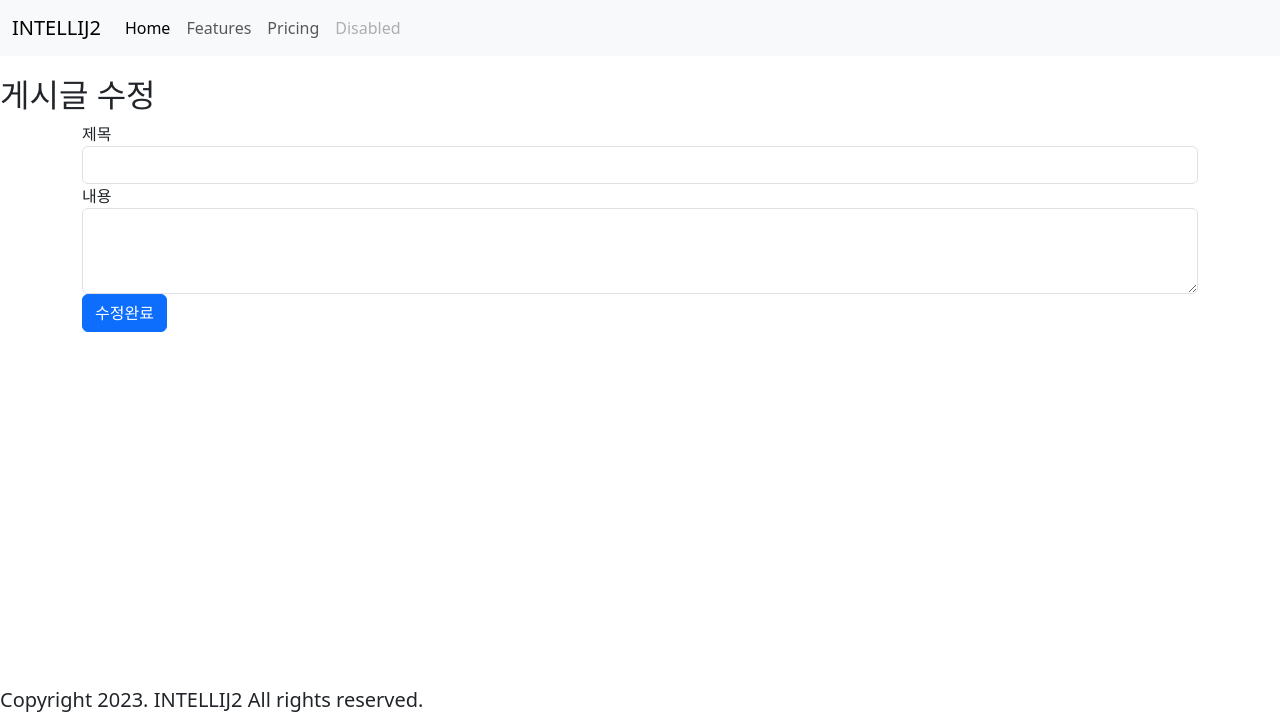
Repository: Jae-yi/JSPMybatis
Page: http://localhost/JspMybatisSub/WEB-INF/views/board/update.jsp
The author's editor kept a copy of each file at every save. The page is drawn from the files as they stood at one save, then again after the next save.
The browser window is 1280 px wide. The pictures show the whole page.
The page is served by Tomcat 9. Nobody is signed in. Other server files are loaded and not shown. The template is opened directly, without the code that normally fills it, so the values that code supplies are empty.

Above is the page before, as saved 2023-01-17 08:03:03.

### JspMybatisSub/src/main/webapp/WEB-INF/views/board/update.jsp
<%@ page language="java" contentType="text/html; charset=UTF-8"
	pageEncoding="UTF-8"%>
<%@ taglib prefix="c" uri="http://java.sun.com/jsp/jstl/core"%>
<!DOCTYPE html PUBLIC "-//W3C//DTD HTML 4.01 Transitional//EN" "http://www.w3.org/TR/html4/loose.dtd">
<%@ include file="../include/style.jsp"%>
<html>
<head>
<meta http-equiv="Content-Type" content="text/html; charset=UTF-8">
<title>Update page</title>
</head>
<body>
<jsp:include page="../include/header.jsp"></jsp:include>
	<h2>게시글 수정</h2>

	<div class="container">
		<form action="/updateProc" method="post">
			<div class="form-group">
				<label for="subject">제목</label> <input type="text"
					class="form-control" id="subject" name="subject"
					value="${detail.subject}">
			</div>
			<div class="form-group">
				<label for="content">내용</label>
				<textarea class="form-control" id="content" name="content" rows="3">${detail.content}</textarea>
			</div>
			<input type="hidden" name="bno" value="${bno}" />
			<button type="submit" class="btn btn-primary">수정완료</button>
		</form>
	</div>
	<jsp:include page="../include/footer.jsp"></jsp:include>
</body>
</html>

### JspMybatisSub/src/main/webapp/WEB-INF/views/include/style.jsp
<%@ page language="java" contentType="text/html; charset=UTF-8"
	pageEncoding="UTF-8"%>
<head>
<meta charset="UTF-8">
<title>INTELLIJ2's PROJECT</title>

<!-- Bootstrap : CSS only -->
<link
	href="https://cdn.jsdelivr.net/npm/bootstrap@5.3.0-alpha1/dist/css/bootstrap.min.css"
	rel="stylesheet"
	integrity="sha384-GLhlTQ8iRABdZLl6O3oVMWSktQOp6b7In1Zl3/Jr59b6EGGoI1aFkw7cmDA6j6gD"
	crossorigin="anonymous">
<script
	src="https://cdn.jsdelivr.net/npm/bootstrap@5.3.0-alpha1/dist/js/bootstrap.bundle.min.js"
	integrity="sha384-w76AqPfDkMBDXo30jS1Sgez6pr3x5MlQ1ZAGC+nuZB+EYdgRZgiwxhTBTkF7CXvN"
	crossorigin="anonymous"></script>

<!-- Bootstrap : JavaScript Bundle with Popper -->
<script
	src="https://cdn.jsdelivr.net/npm/@popperjs/core@2.11.6/dist/umd/popper.min.js"
	integrity="sha384-oBqDVmMz9ATKxIep9tiCxS/Z9fNfEXiDAYTujMAeBAsjFuCZSmKbSSUnQlmh/jp3"
	crossorigin="anonymous"></script>
<script
	src="https://cdn.jsdelivr.net/npm/bootstrap@5.3.0-alpha1/dist/js/bootstrap.min.js"
	integrity="sha384-mQ93GR66B00ZXjt0YO5KlohRA5SY2XofN4zfuZxLkoj1gXtW8ANNCe9d5Y3eG5eD"
	crossorigin="anonymous"></script>

<!-- JQuery -->
<script src=https://cdnjs.cloudflare.com/ajax/libs/jquery/3.6.3/jquery.min.js></script>

</head>

### JspMybatisSub/src/main/webapp/WEB-INF/views/include/header.jsp
<%@ page language="java" contentType="text/html; charset=UTF-8"
    pageEncoding="UTF-8"%>
<!DOCTYPE html PUBLIC "-//W3C//DTD HTML 4.01 Transitional//EN" "http://www.w3.org/TR/html4/loose.dtd">
<html>
<head>
<meta http-equiv="Content-Type" content="text/html; charset=UTF-8">
<title>Insert title here</title>
</head>
<body>
    <nav class="navbar navbar-expand-lg bg-body-tertiary" style="margin-bottom:20px">
  <div class="container-fluid">

    <a class="navbar-brand" href="#">INTELLIJ2</a>
    <button class="navbar-toggler" type="button" data-bs-toggle="collapse" data-bs-target="#navbarNav" aria-controls="navbarNav" aria-expanded="false" aria-label="Toggle navigation">
      <span class="navbar-toggler-icon"></span>
    </button>
    <div class="collapse navbar-collapse" id="navbarNav">
      <ul class="navbar-nav">
        <li class="nav-item">
          <a class="nav-link active" aria-current="page" href="#">Home</a>
        </li>
        <li class="nav-item">
          <a class="nav-link" href="#">Features</a>
        </li>
        <li class="nav-item">
          <a class="nav-link" href="#">Pricing</a>
        </li>
        <li class="nav-item">
          <a class="nav-link disabled">Disabled</a>
        </li>
      </ul>
    </div>
  </div>
</nav>
</body>
</html>

### JspMybatisSub/src/main/webapp/WEB-INF/views/include/footer.jsp
<%@ page language="java" contentType="text/html; charset=UTF-8"
    pageEncoding="UTF-8"%>
<!DOCTYPE html PUBLIC "-//W3C//DTD HTML 4.01 Transitional//EN" "http://www.w3.org/TR/html4/loose.dtd">
<html>
<head>
<meta http-equiv="Content-Type" content="text/html; charset=UTF-8">
<title>Insert title here</title>
</head>
<body>
    <h5 style="position:absolute; bottom:0">Copyright 2023. INTELLIJ2 All rights reserved.</h5>
</body>
</html>

After the next save:
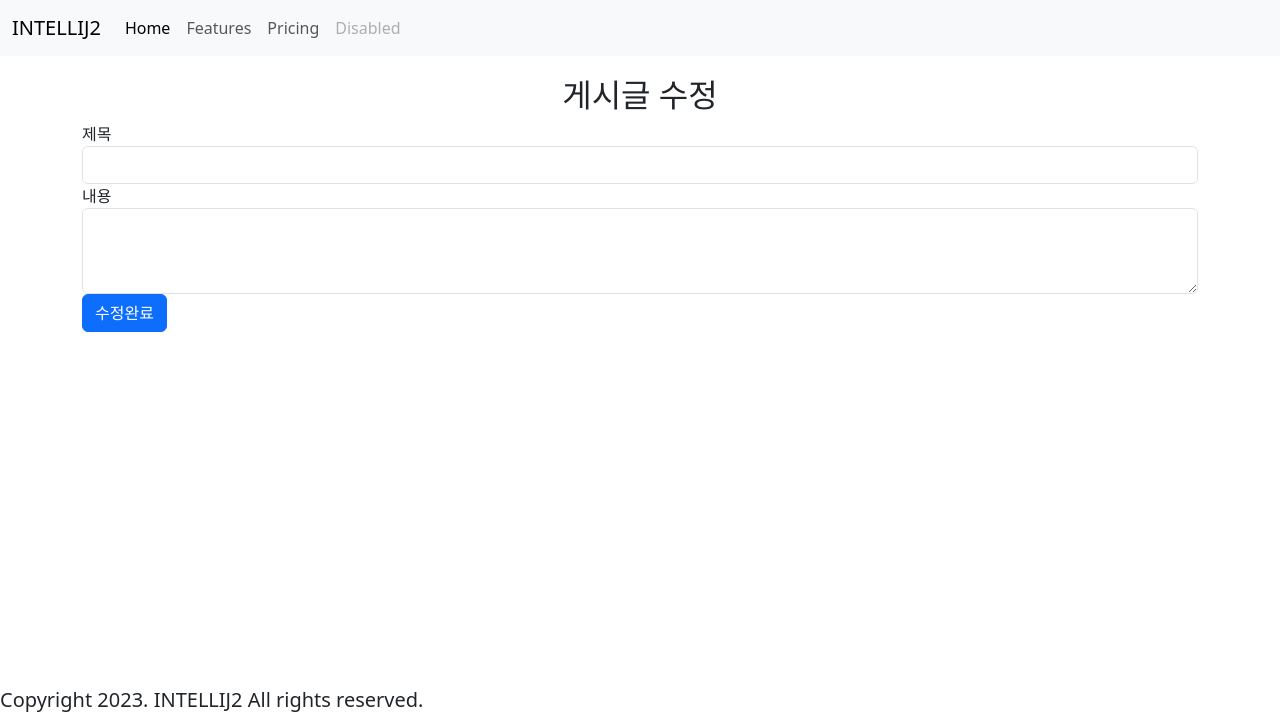
Saved 9 s later.
--- a/JspMybatisSub/src/main/webapp/WEB-INF/views/board/update.jsp
+++ b/JspMybatisSub/src/main/webapp/WEB-INF/views/board/update.jsp
@@ -10,7 +10,7 @@
 </head>
 <body>
 <jsp:include page="../include/header.jsp"></jsp:include>
-	<h2>게시글 수정</h2>
+	<h2 style="text-align: center">게시글 수정</h2>
 
 	<div class="container">
 		<form action="/updateProc" method="post">
